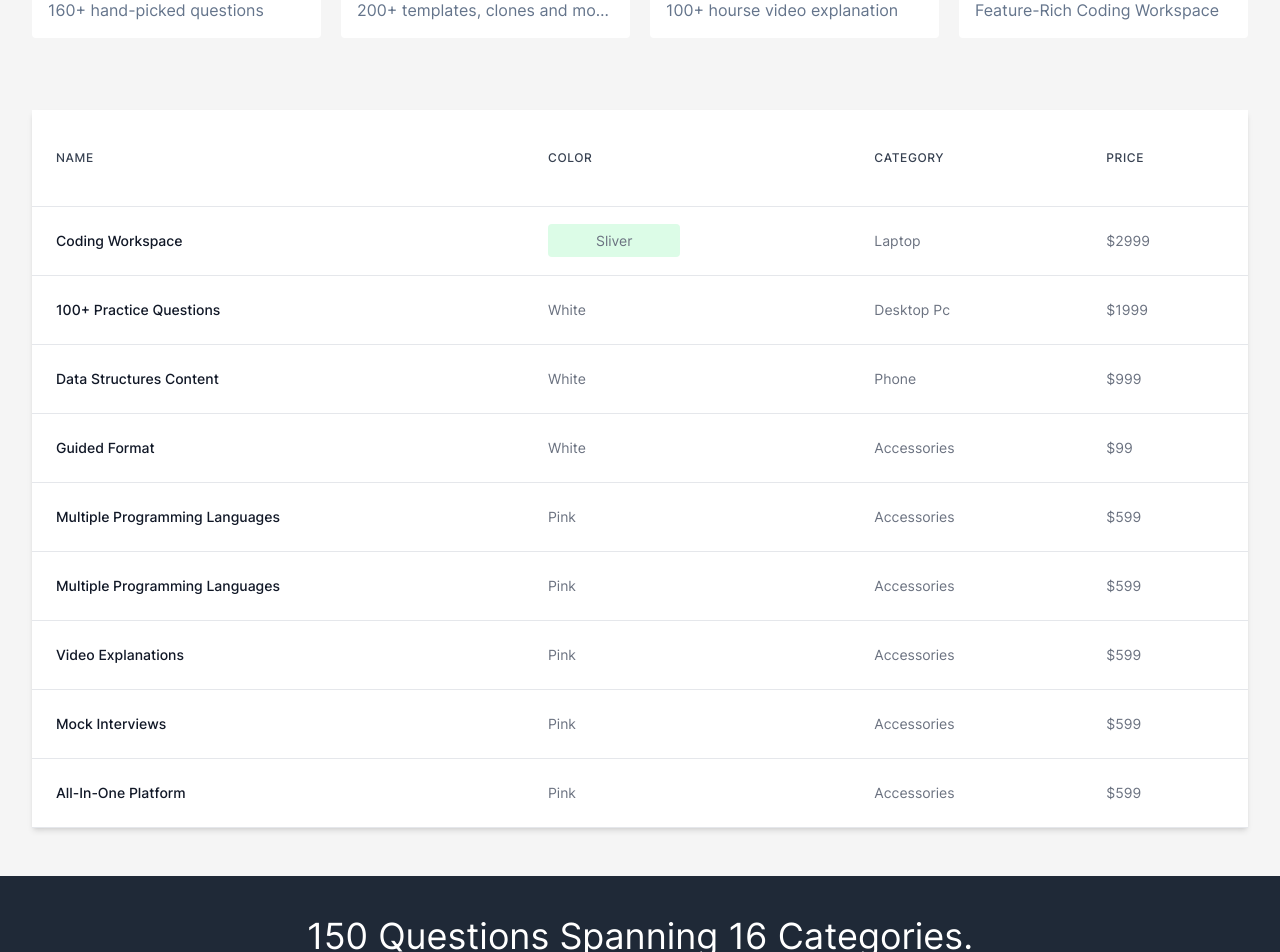
Repository: om1ars/Xjkey
Page: /
An editor plug-in stored every save of this project. The page is shown before and after a run of saves, followed by the edit.
The browser window is 1280 px wide. The pictures show the part of the page from y = 865 to 1817 px (the page is 3949 px tall).
The project was rebuilt for these pictures with package versions that can differ from the ones it lists, and the page was loaded fresh each time. The framework's server and built-in components were replaced by stand-ins that run in the browser. Also part of the build but not shown: next.config.js.

Above is the page before, as saved 2022-03-19 02:00:21.

### src/pages/_app.tsx
import "@/css/fonts.css";
// Import Swiper styles
import "swiper/css";
import "swiper/css/free-mode";
import "swiper/css/scrollbar";
import "swiper/css/navigation";
//
import "@/css/main.scss";
import type { AppProps } from "next/app";
import { ThemeProvider } from "next-themes";
import { Header } from "@/components/Header";
import DefaultLayout from "@/layouts/DefaultLayout";

function MyApp({ Component, pageProps }: AppProps) {
  return (
    <ThemeProvider attribute="class" defaultTheme="system">
      <DefaultLayout>
        <Component {...pageProps} />
      </DefaultLayout>
    </ThemeProvider>
  );
}

export default MyApp;

### src/pages/_document.tsx
import NextDocument, {
  Html,
  Head,
  Main,
  NextScript,
  DocumentContext,
} from 'next/document';

export default class Document extends NextDocument {
  static async getInitialProps(ctx: DocumentContext) {
    const initialProps = await NextDocument.getInitialProps(ctx);
    return { ...initialProps };
  }

  render() {
    return (
      <Html lang='en' className='dark'>
        <Head>
          <link href='/favicons/site.webmanifest' rel='manifest' />
          <link href='/favicons/favicon.ico' rel='shortcut icon' />
          <link
            href='/favicons/apple-touch-icon.png'
            rel='apple-touch-icon'
            sizes='180x180'
          />
          <link
            href='/favicons/favicon-32x32.png'
            rel='icon'
            sizes='32x32'
            type='image/png'
          />
          <link
            href='/favicons/favicon-16x16.png'
            rel='icon'
            sizes='16x16'
            type='image/png'
          />
          <link
            rel='mask-icon'
            href='/favicons/safari-pinned-tab.svg'
            color='#6366f1'
          />
          <meta content='#ffffff' name='theme-color' />
          <meta content='#ffffff' name='msapplication-TileColor' />
          <meta
            content='/favicons/browserconfig.xml'
            name='msapplication-config'
          />
        </Head>
        <body className='dark:highlight-white/5 bg-neutral-100 text-slate-900 antialiased dark:bg-gray-800 dark:text-white'>
          <Main />
          <NextScript />
        </body>
      </Html>
    );
  }
}

### src/pages/index.tsx
import React from "react";
import SEO from "@/components/SEO";
import AboutUs from "@/components/HomeComponents/AboutUs";
import Hero from "@/components/HomeComponents/Hero";
import { FeaturedJobs } from "@/components/HomeComponents/FeaturedJobs";
import AlgoFlipCard from "@/components/HomeComponents/FlipCard";
import VideosComponents from "@/components/HomeComponents/VideosComponents";
import CompareTable from "@/components/HomeComponents/CompareTable";
export default function Home() {
  return (
    <>
      <SEO />
      <Hero />
      <main className="mx-auto max-w-screen-xl px-6 sm:px-8">
        <div className="mt-16 space-y-20">
          <FeaturedJobs />
        </div>
      </main>
      <main
        className="mx-auto max-w-screen-xl px-6 sm:px-8 "
        id="video-explanation"
      >
        <div className="mt-16 space-y-20">
          <CompareTable />
        </div>
      </main>
      <div className="mt-10 " id="flipCard">
        <AlgoFlipCard />
      </div>
      <main
        className="mx-auto max-w-screen-xl px-6 sm:px-8 "
        id="video-explanation"
      >
        <div className="mt-16 space-y-20">
          <VideosComponents />
        </div>
      </main>
    </>
  );
}

### src/css/fonts.css
@font-face {
  font-family: "Inter var";
  font-weight: 100 900;
  font-display: swap;
  font-style: normal;
  font-named-instance: "Regular";
  src: url("../fonts/Inter-roman-latin.var.woff2") format("woff2");
}

@font-face {
  font-family: "Inter var";
  font-weight: 100 900;
  font-display: swap;
  font-style: italic;
  font-named-instance: "Italic";
  src: url("../fonts/Inter-italic-latin.var.woff2") format("woff2");
}

### src/css/main.scss
@tailwind base;
@tailwind components;
@tailwind utilities;
@import "./flip-card.scss";
@layer base {
  .dark {
    color-scheme: dark;
  }
}

/* styling Swiper default navigations elements */
.swiper-button-next {
  background-color: theme("colors.white");
  height: 40px;
  width: 40px;
  border-radius: 100px;
  box-shadow: theme("boxShadow.lg");
  transition: all;
  transition-duration: 150ms;
}

html.dark .swiper-button-next {
  background-color: theme("colors.slate.600");
}

.swiper-button-next:hover {
  background-color: theme("colors.slate.200");
}

html.dark .swiper-button-next:hover {
  background-color: theme("colors.slate.400");
}

.swiper-button-next::after {
  color: black;
  font-size: 1rem;
  font-weight: bold;
}
html.dark .swiper-button-next::after {
  color: theme("colors.white");
}

.swiper-button-prev {
  background-color: theme("colors.white");
  height: 40px;
  width: 40px;
  border-radius: 100px;
  box-shadow: theme("boxShadow.lg");
  transition: all;
  transition-duration: 150ms;
}

html.dark .swiper-button-prev {
  background-color: theme("colors.slate.600");
}

.swiper-button-prev:hover {
  background-color: theme("colors.slate.200");
}

html.dark .swiper-button-prev:hover {
  background-color: theme("colors.slate.400");
}

.swiper-button-prev::after {
  color: black;
  font-size: 1rem;
  font-weight: bold;
}
html.dark .swiper-button-prev::after {
  color: theme("colors.white");
}

html.dark .swiper-scrollbar {
  background: rgb(255, 255, 255, 0.2);
}
html.dark .swiper-scrollbar-drag {
  background: rgb(255, 255, 255, 0.6);
}
/* end of styling Swiper default navigations elements */

### src/layouts/DefaultLayout.tsx
import Footer from "@/components/Footer";
import { Header } from "@/components/Header";
import React, { FC } from "react";

export default function DefaultLayout({ children }: any) {
  return (
    <div>
      <Header />
      <main>{children}</main>
      <Footer />
    </div>
  );
}

### src/components/SEO.tsx
import React from "react";
import Head from "next/head";

const defaultMeta = {
  title: "Job Seeking Landing Page - Miad V",
  description: "Exprimental Project",
};

const SEO: React.FC<any> = ({ children, ...customMeta }) => {
  const meta = {
    ...defaultMeta,
    ...customMeta,
  };
  return (
    <Head>
      <meta name="robots" content="noindex" />
      <title>{meta.title}</title>
      <meta name="description" content={meta.description} />
    </Head>
  );
};

export default SEO;

### src/components/HomeComponents/VideosComponents.tsx
import React from "react";

export default function VideosComponents() {
  return (
    <div className="flex justify-between text-justify sm:flex-col  md:flex-col lg:flex-row">
      <div className="w-6/12 pl-5 pr-5">
        <div>
          <h1 className="mb-3 text-4xl text-black">Our Videos Set Us Apart.</h1>
          <p>
            Lorem ipsum dolor sit amet consectetur, adipisicing elit. Unde
            architecto corporis obcaecati quis error autem impedit aliquid id
            fugiat pariatur doloremque, delectus voluptatibus maiores odit ipsa
            aspernatur dolorem quo non.
          </p>
        </div>
        <div className="mt-6 flex sm:flex-col md:flex-col lg:flex-row">
          <div className="mr-6 text-justify">
            <h3 className="mb-3 text-2xl text-black">Conceptual Overview</h3>
            <p>
              Lorem ipsum dolor sit amet, consectetur adipisicing elit. Quos
              beatae culpa eveniet error, nesciunt quo veritatis nihil debitis
              numquam enim totam dolorum esse perspiciatis incidunt labore,
              alias voluptatibus molestiae dignissimos!
            </p>
          </div>
          <div>
            <h3 className="mb-3 text-2xl text-black">Code Walkthrough</h3>
            <p>
              Lorem ipsum dolor sit amet, consectetur adipisicing elit. Quos
              beatae culpa eveniet error, nesciunt quo veritatis nihil debitis
              numquam enim totam dolorum esse perspiciatis incidunt labore,
              alias voluptatibus molestiae dignissimos!
            </p>
          </div>
        </div>
      </div>
      <div className="w-6/12 border"></div>
    </div>
  );
}

### src/components/HomeComponents/CompareTable.tsx
import React from "react";

export default function CompareTable() {
  return (
    <div>
      <div className="flex flex-col">
        <div className="overflow-x-auto sm:-mx-6 lg:-mx-8">
          <div className="inline-block min-w-full py-2 sm:px-6 lg:px-8">
            <div className="overflow-hidden shadow-md ">
              <table className="min-w-full">
                <thead className="bg-white  ">
                  <tr className="">
                    <th
                      scope="col"
                      className="py-3 px-6 text-left text-xs font-medium uppercase tracking-wider text-gray-700 dark:text-gray-400"
                    >
                      Name
                    </th>
                    <th
                      scope="col"
                      className="py-3 px-6   pt-10 pb-10 text-left text-xs font-medium uppercase tracking-wider text-gray-700 dark:text-gray-400"
                    >
                      Color
                    </th>
                    <th
                      scope="col"
                      className="py-3 px-6 text-left text-xs font-medium uppercase tracking-wider text-gray-700 dark:text-gray-400"
                    >
                      Category
                    </th>
                    <th
                      scope="col"
                      className="py-3 px-6 text-left text-xs font-medium uppercase tracking-wider text-gray-700 dark:text-gray-400"
                    >
                      Price
                    </th>

                  </tr>
                </thead>
                <tbody className="bg-white">
                  {/* Product 1 */}
                  <tr className="border-b border-gray-200 ">
                    <td className="whitespace-nowrap border-t py-4 px-6 pt-6 pb-6 text-sm font-medium text-gray-900 dark:text-white">
                      Coding Workspace
                    </td>
                    <td className="whitespace-nowrap border-t py-4 px-6 text-sm text-gray-500 dark:text-gray-400">
                        <span className="bg-green-100 pl-12 pr-12 pt-2 pb-2 rounded">
                      Sliver

                        </span>
                    </td>
                    <td className="whitespace-nowrap border-t py-4 px-6 text-sm text-gray-500 dark:text-gray-400">
                      Laptop
                    </td>
                    <td className="whitespace-nowrap border-t py-4 px-6 text-sm text-gray-500 dark:text-gray-400">
                      $2999
                    </td>
                  </tr>
                  {/* Product 2 */}
                  <tr className="border-b border-gray-200 ">
                    <td className="whitespace-nowrap py-4 px-6 pt-6 pb-6 text-sm font-medium text-gray-900 dark:text-white">
                      100+ Practice Questions
                    </td>
                    <td className="whitespace-nowrap py-4 px-6 text-sm text-gray-500 dark:text-gray-400">
                      White
                    </td>
                    <td className="whitespace-nowrap py-4 px-6 text-sm text-gray-500 dark:text-gray-400">
                      Desktop Pc
                    </td>
                    <td className="whitespace-nowrap py-4 px-6 text-sm text-gray-500 dark:text-gray-400">
                      $1999
                    </td>
                  </tr>
                  {/* Product 3 */}
                  <tr className="border-b border-gray-200 ">
                    <td className="whitespace-nowrap py-4 px-6 pt-6 pb-6 text-sm font-medium text-gray-900 dark:text-white">
                      Data Structures Content
                    </td>
                    <td className="whitespace-nowrap py-4 px-6 text-sm text-gray-500 dark:text-gray-400">
                      White
                    </td>
                    <td className="whitespace-nowrap py-4 px-6 text-sm text-gray-500 dark:text-gray-400">
                      Phone
                    </td>
                    <td className="whitespace-nowrap py-4 px-6 text-sm text-gray-500 dark:text-gray-400">
                      $999
                    </td>
                  </tr>
                  {/* Product 4 */}
                  <tr className="border-b border-gray-200 ">
                    <td className="whitespace-nowrap py-4 px-6 pt-6 pb-6 text-sm font-medium text-gray-900 dark:text-white">
                      Guided Format
                    </td>
                    <td className="whitespace-nowrap py-4 px-6 text-sm text-gray-500 dark:text-gray-400">
                      White
                    </td>
                    <td className="whitespace-nowrap py-4 px-6 text-sm text-gray-500 dark:text-gray-400">
                      Accessories
                    </td>
                    <td className="whitespace-nowrap py-4 px-6 text-sm text-gray-500 dark:text-gray-400">
                      $99
                    </td>
                  </tr>
                  {/* Product 5 */}
                  <tr className="border-b border-gray-200 ">
                    <td className="whitespace-nowrap py-4 px-6 pt-6 pb-6 text-sm font-medium text-gray-900 dark:text-white">
                      Multiple Programming Languages{" "}
                    </td>
                    <td className="whitespace-nowrap py-4 px-6 text-sm text-gray-500 dark:text-gray-400">
                      Pink
                    </td>
                    <td className="whitespace-nowrap py-4 px-6 text-sm text-gray-500 dark:text-gray-400">
                      Accessories
                    </td>
                    <td className="whitespace-nowrap py-4 px-6 text-sm text-gray-500 dark:text-gray-400">
                      $599
                    </td>
                  </tr>
                  <tr className="border-b border-gray-200 ">
                    <td className="whitespace-nowrap py-4 px-6 pt-6 pb-6 text-sm font-medium text-gray-900 dark:text-white">
                      Multiple Programming Languages{" "}
                    </td>
                    <td className="whitespace-nowrap py-4 px-6 text-sm text-gray-500 dark:text-gray-400">
                      Pink
                    </td>
                    <td className="whitespace-nowrap py-4 px-6 text-sm text-gray-500 dark:text-gray-400">
                      Accessories
                    </td>
                    <td className="whitespace-nowrap py-4 px-6 text-sm text-gray-500 dark:text-gray-400">
                      $599
                    </td>
                  </tr>
                  <tr className="border-b border-gray-200 ">
                    <td className="whitespace-nowrap py-4 px-6 pt-6 pb-6 text-sm font-medium text-gray-900 dark:text-white">
                      Video Explanations
                    </td>
                    <td className="whitespace-nowrap py-4 px-6 text-sm text-gray-500 dark:text-gray-400">
                      Pink
                    </td>
                    <td className="whitespace-nowrap py-4 px-6 text-sm text-gray-500 dark:text-gray-400">
                      Accessories
                    </td>
                    <td className="whitespace-nowrap py-4 px-6 text-sm text-gray-500 dark:text-gray-400">
                      $599
                    </td>

                  </tr>
                  <tr className="border-b border-gray-200 ">
                    <td className="whitespace-nowrap py-4 px-6 pt-6 pb-6 text-sm font-medium text-gray-900 dark:text-white">
                      Mock Interviews
                    </td>
                    <td className="whitespace-nowrap py-4 px-6 text-sm text-gray-500 dark:text-gray-400">
                      Pink
                    </td>
                    <td className="whitespace-nowrap py-4 px-6 text-sm text-gray-500 dark:text-gray-400">
                      Accessories
                    </td>
                    <td className="whitespace-nowrap py-4 px-6 text-sm text-gray-500 dark:text-gray-400">
                      $599
                    </td>
                  </tr>
                  <tr className="border-b border-gray-200 ">
                    <td className="whitespace-nowrap py-4 px-6 pt-6 pb-6 text-sm font-medium text-gray-900 dark:text-white">
                      All-In-One Platform
                    </td>
                    <td className="whitespace-nowrap py-4 px-6 text-sm text-gray-500 dark:text-gray-400">
                      Pink
                    </td>
                    <td className="whitespace-nowrap py-4 px-6 text-sm text-gray-500 dark:text-gray-400">
                      Accessories
                    </td>
                    <td className="whitespace-nowrap py-4 px-6 text-sm text-gray-500 dark:text-gray-400">
                      $599
                    </td>
                  </tr>
                </tbody>
              </table>
            </div>
          </div>
        </div>
      </div>
    </div>
  );
}

### src/css/flip-card.scss
.algo_flip_card_container {
  width: 100%;
  padding: 40px;
  height: 100%;
  background: #1f2937;
  //   display: flex;
  justify-content: center;
  align-items: center;
}
.services-box {
  display: flex;
  justify-content: center;
  align-items: center;
  flex-wrap: wrap;
}

.service {
  margin: 8px;
}

.flip-box {
  background-color: transparent;
  width: 300px;
  height: 200px;
  //   border: 1px solid #15314b;
  border-radius: 10px;
  perspective: 1000px;
}

.flip-box-inner {
  position: relative;
  width: 100%;
  height: 100%;
  text-align: center;
  transition: transform 0.4s;
  transform-style: preserve-3d;

  display: flex;
  justify-content: center;
  align-items: center;
}

.flip-box:hover .flip-box-inner {
  transform: rotateY(180deg);
}

.flip-box-front,
.flip-box-back {
  position: absolute;
  width: 100%;
  height: 100%;
  -webkit-backface-visibility: hidden;
  backface-visibility: hidden;

  display: flex;
  justify-content: center;
  align-items: center;
  flex-direction: column;
}

.flip-box-front {
  background-color: #15314b;
  color: white;
  border-radius: 10px;
}

.flip-box-front img {
  height: 50px;
  width: 50px;
}

.flip-box-back {
  background-color: #15314b;
  color: white;
  transform: rotateY(180deg);
  border-radius: 10px;
  padding: 16px;
}

### src/components/Footer.tsx
import React from "react";

export default function Footer() {
  return (
    <div>
      <div className="bg-darkBg text-whiteBg flex flex-col items-center justify-center pl-48 pr-48 pt-16 pb-10">
        <div className="lg:flex sm:flex md:flex sm:flex-wrap md:flex-wrap ">
          <div className="ml-4 flex ">
            <span className="mr-2 ml-2">Contact us</span>
            <div className=" ml-2 w-0.5 bg-gray-500"></div>
          </div>
          <div className="ml-4 flex ">
            <span className="mr-2 ml-2">FAQ</span>
            <div className=" ml-2 w-0.5 bg-gray-500"></div>
          </div>
          <div className="ml-4 flex ">
            <span className="mr-2 ml-2">Reviews</span>
            <div className=" ml-2 w-0.5 bg-gray-500"></div>
          </div>
          <div className="ml-4 flex ">
            <span className="mr-2 ml-2">Blog</span>
            <div className=" ml-2 w-0.5 bg-gray-500"></div>
          </div>
          <div className="ml-4 flex ">
            <span className="mr-2 ml-2">Jobs</span>
            <div className=" ml-2 w-0.5 bg-gray-500"></div>
          </div>
          <div className="ml-4 flex ">
            <span className="mr-2 ml-2 ">Legal stuff</span>
          </div>

        </div>
        <div className="mt-6">
          <span>Copyright © 2017-2022 EzCode LLC. All rights reserved.</span>
        </div>
      </div>
    </div>
  );
}

### src/components/Logo.tsx
import clsx from "clsx";
import React from "react";

export default function Logo() {
  return (
    <span
      className={clsx(
        "bg-gradient-to-r from-fuchsia-800 via-purple-600 to-indigo-800 bg-clip-text align-middle text-3xl font-black tracking-widest text-transparent"
      )}
    >
      HIREDLi
    </span>
  );
}

### src/utils/assertions.ts
export const __DEV__ = process.env.NODE_ENV !== "production";

Loaded but not shown: tailwind.config.js (18 lines, source omitted); src/components/Header.tsx (699 lines, source omitted); src/components/HomeComponents/FlipCard.tsx (283 lines, source omitted); src/components/HomeComponents/AuthenticationDialog.tsx (206 lines, source omitted); src/components/ThemeToggle.tsx (220 lines, source omitted); src/components/HomeComponents/Hero.tsx (170 lines, source omitted); src/components/HomeComponents/FeaturedJobs.tsx (143 lines, source omitted); src/components/Button/index.tsx (185 lines, source omitted)

After the next 2 saves:
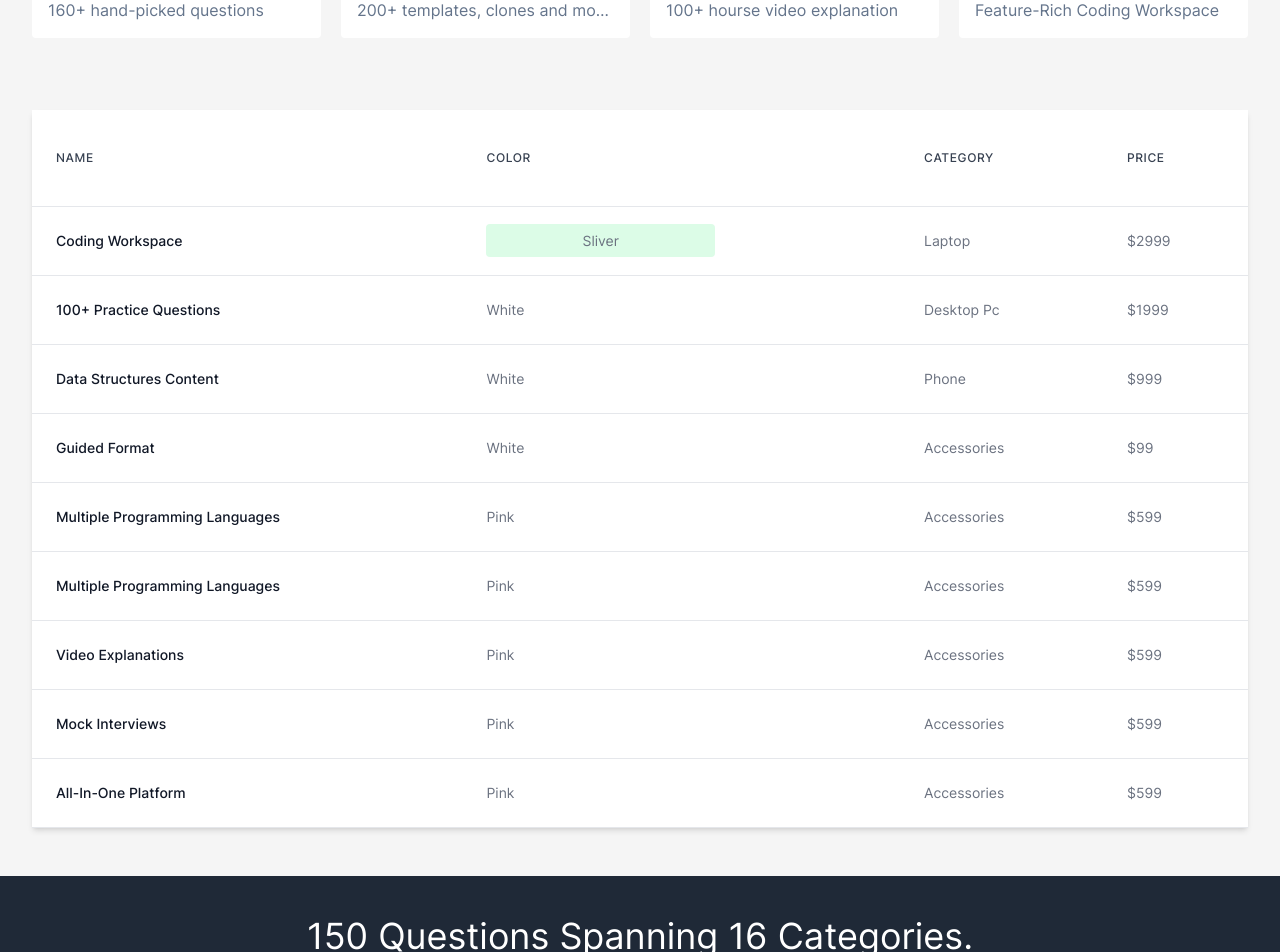
The 2 saves are shown as one change because they came seconds apart.
The last was saved 25 s later.
--- a/src/components/HomeComponents/CompareTable.tsx
+++ b/src/components/HomeComponents/CompareTable.tsx
@@ -44,7 +44,7 @@ export default function CompareTable() {
                       Coding Workspace
                     </td>
                     <td className="whitespace-nowrap border-t py-4 px-6 text-sm text-gray-500 dark:text-gray-400">
-                        <span className="bg-green-100 pl-12 pr-12 pt-2 pb-2 rounded">
+                        <span className="bg-green-100 pl-24 pr-24 pt-2 pb-2 rounded">
                       Sliver
 
                         </span>
